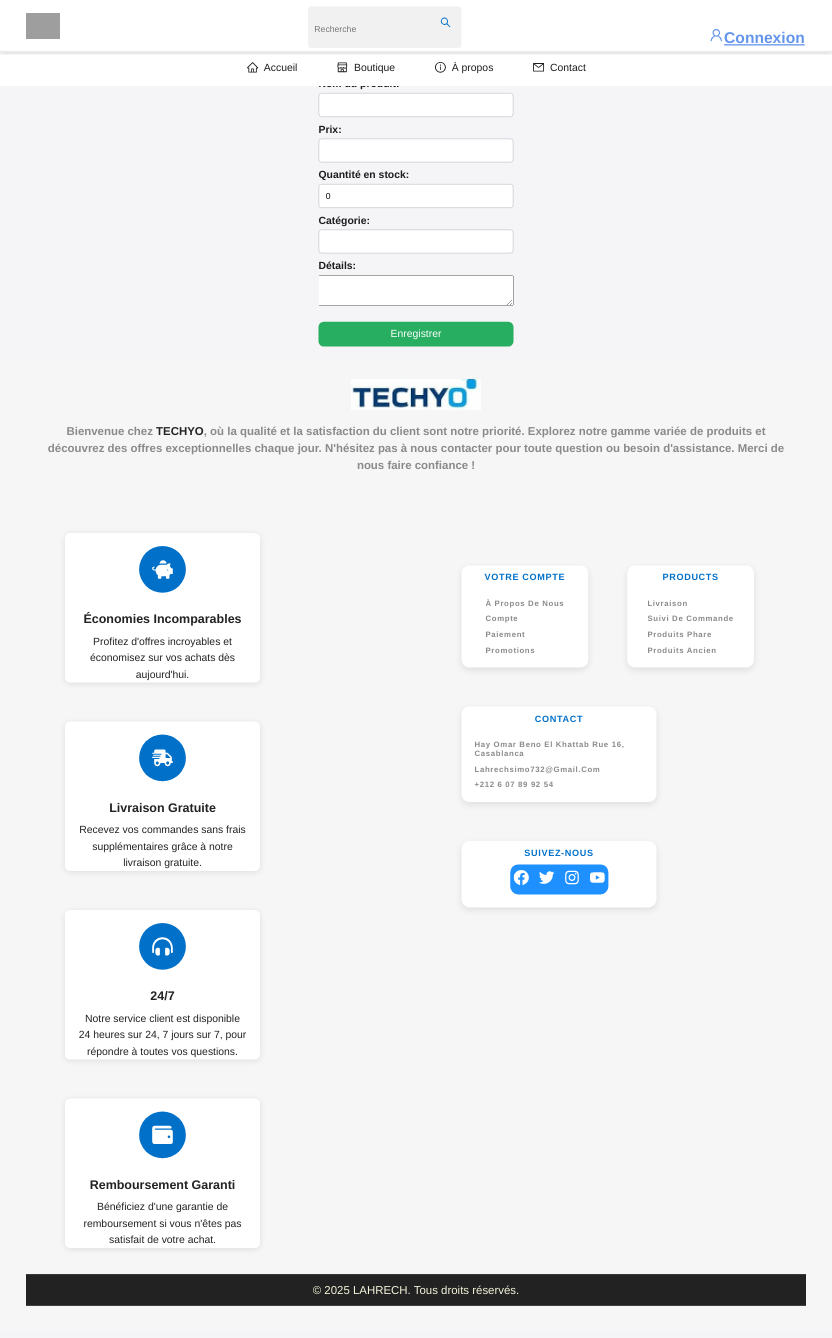
Repository: sebti-cloud/project-modern
Page: /ProductForm (app in ecommerce_website/)
The author's editor kept a copy of each file at every save. The page is drawn from the files as they stood at one save, then again after the next save.
The browser window is 1280 px wide. The pictures show the whole page, at 65% of full size.
The page's requests for data from a server got no answer. The project was rebuilt for these pictures with package versions that can differ from the ones it lists, and the page was loaded fresh each time. No one was signed in, and anything a server would have sent is missing. Also part of the build but not shown: ecommerce_website/src/comp/home.js, ecommerce_website/src/comp/shop.js, ecommerce_website/src/comp/cart.js, ecommerce_website/src/comp/contact.js, ecommerce_website/src/comp/rout.js, ecommerce_website/src/comp/Products.js, ecommerce_website/src/comp/Orders.js, ecommerce_website/src/comp/LikedProducts.js and 32 more.

Above is the page before, as saved 2025-01-27 17:20:16.

After the next save:
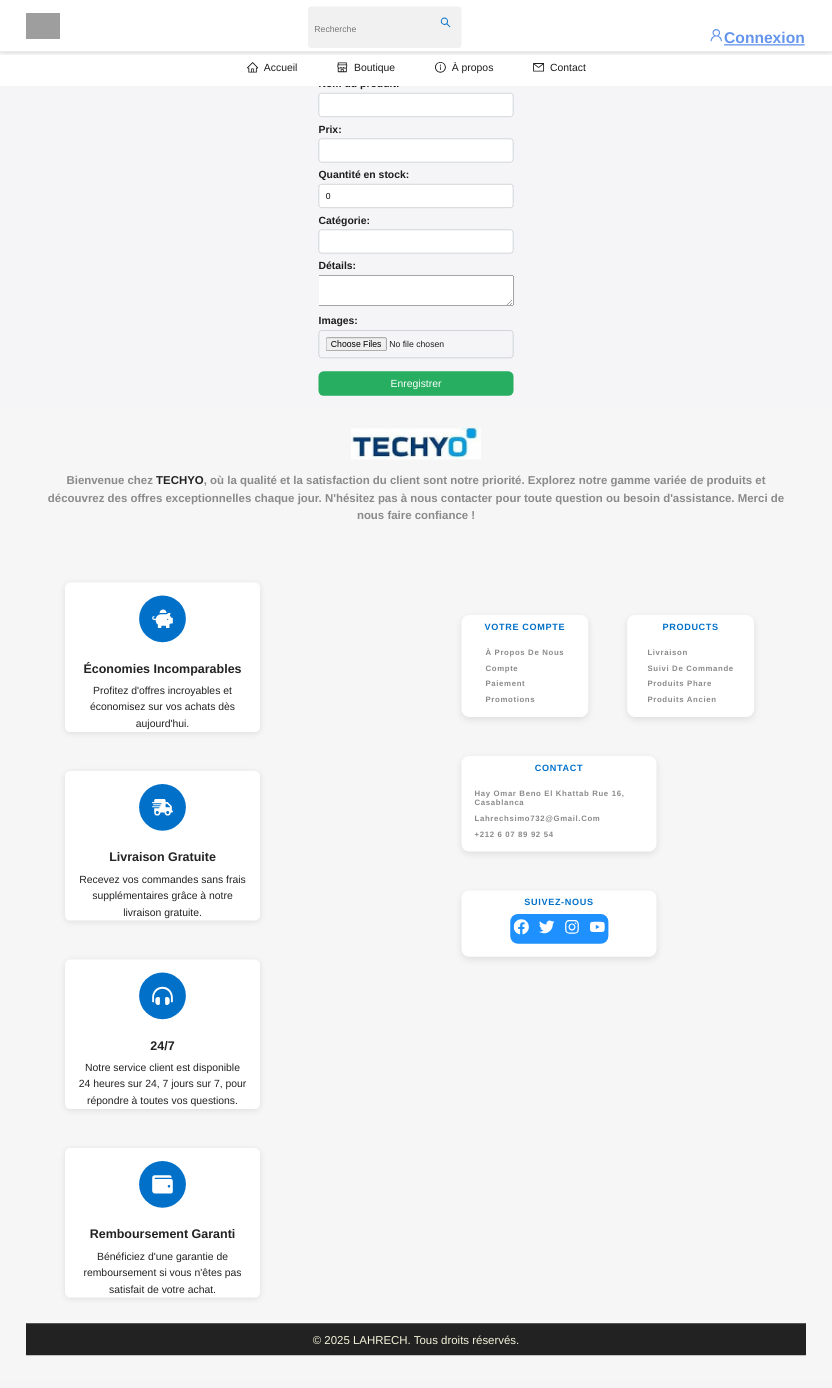
Saved 3 min 29 s later.
--- a/ecommerce_website/src/comp/ProductForm.js
+++ b/ecommerce_website/src/comp/ProductForm.js
@@ -4,14 +4,34 @@
 const ProductForm = ({ product, saveProduct }) => {
   const [name, setName] = useState(product ? product.name : '');
   const [price, setPrice] = useState(product ? product.price : '');
-  const [quantity, setQuantity] = useState(product ? product.quantity : 0); // Ajouter le champ quantité
+  const [quantity, setQuantity] = useState(product ? product.quantity : 0);
   const [category, setCategory] = useState(product ? product.category : '');
   const [details, setDetails] = useState(product ? product.details : '');
+  const [selectedFiles, setSelectedFiles] = useState([]); // Ajout de l'état pour les fichiers sélectionnés
+
+  const handleFileChange = (e) => {
+    const allowedTypes = ['image/jpeg', 'image/png', 'image/webp'];
+    const files = Array.from(e.target.files).filter(file => allowedTypes.includes(file.type));
+    if (files.length !== e.target.files.length) {
+      alert('Certaines images n\'ont pas été téléchargées car elles ne sont pas dans un format valide.');
+    }
+    setSelectedFiles(files);
+  };
 
   const handleSubmit = (e) => {
     e.preventDefault();
-    const newProduct = { name, price, quantity, category, details };
-    saveProduct(newProduct);
+    const formData = new FormData();
+    formData.append('name', name);
+    formData.append('price', price);
+    formData.append('quantity', quantity);
+    formData.append('category', category);
+    formData.append('details', details);
+
+    selectedFiles.forEach((file) => {
+      formData.append('images', file);
+    });
+
+    saveProduct(formData);
   };
 
   return (
@@ -26,7 +46,7 @@
       </div>
       <div>
         <label>Quantité en stock:</label>
-        <input type="number" value={quantity} onChange={(e) => setQuantity(e.target.value)} required /> {/* Champ quantité */}
+        <input type="number" value={quantity} onChange={(e) => setQuantity(e.target.value)} required />
       </div>
       <div>
         <label>Catégorie:</label>
@@ -36,6 +56,10 @@
         <label>Détails:</label>
         <textarea value={details} onChange={(e) => setDetails(e.target.value)} required />
       </div>
+      <div>
+        <label>Images:</label>
+        <input type="file" multiple onChange={handleFileChange} />
+      </div>
       <button type="submit">Enregistrer</button>
     </form>
   );
